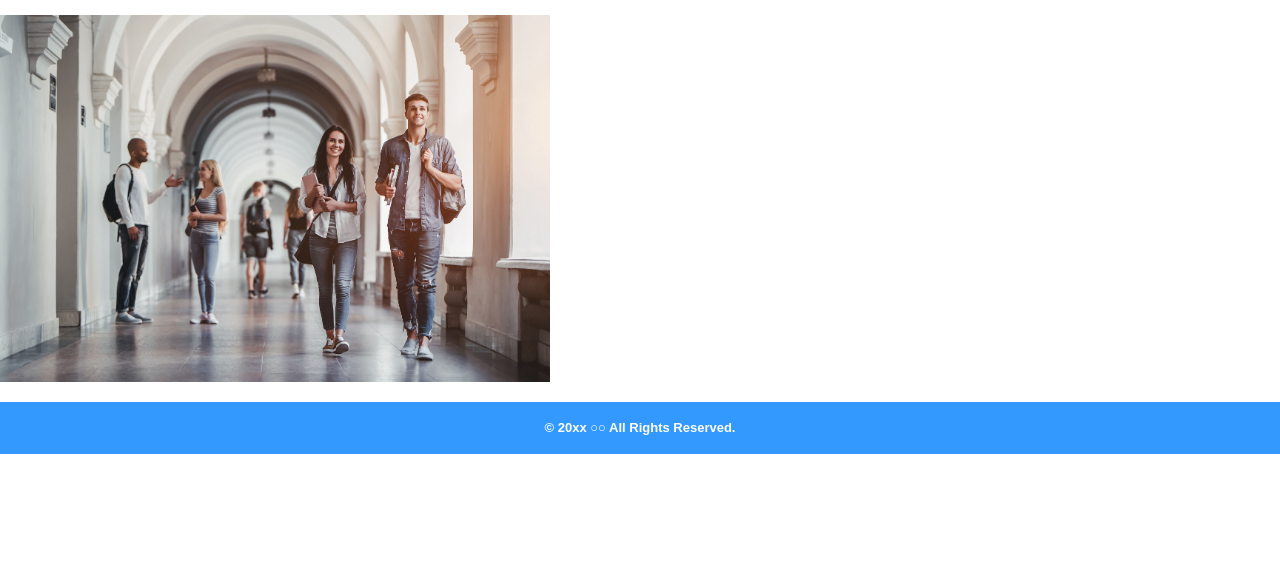
Repository: ondakoichi/samurai_HTML-CSS
Page: HTML/home.html
The author's editor kept a record of every edit. The page is drawn from the files as they stood at one moment, then again after the next edit.
The browser window is 1280 px wide. The pictures show the whole page.

Above is the page before.

After the next edit:
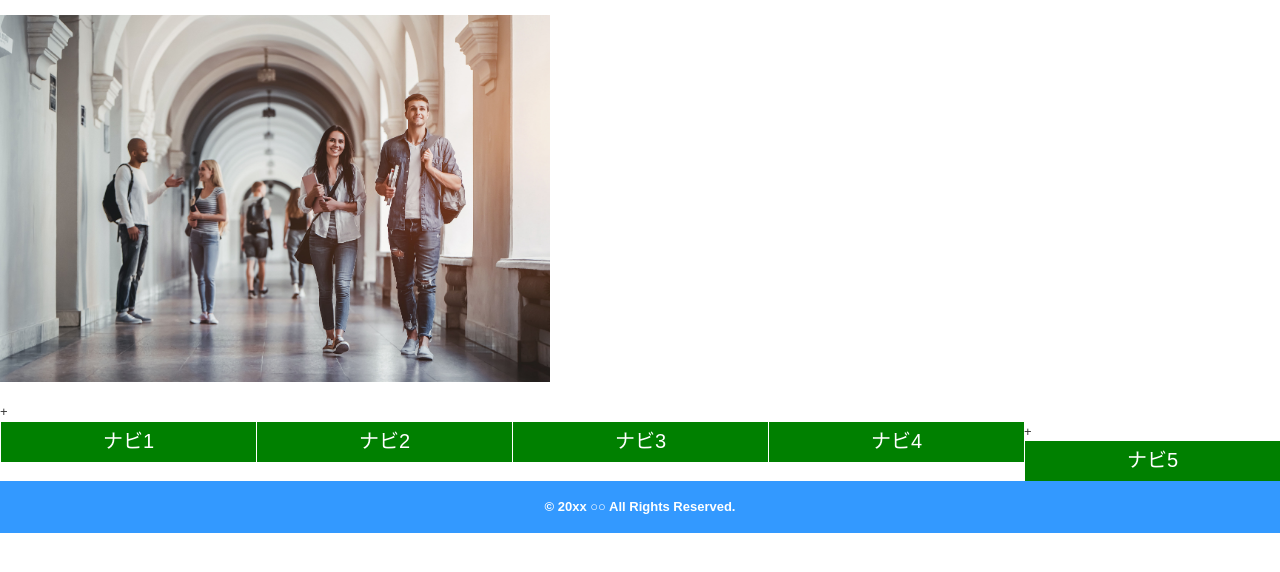
The edit:
--- a/HTML/home.html
+++ b/HTML/home.html
@@ -16,6 +16,15 @@
         </div>
         <div id="wrapper">
         </div>
+          <div id="nav">
++                <ul>
++                    <li><a href="home.html">ナビ1</a></li>
+                    <li><a href="#">ナビ2</a></li>
+                    <li><a href="#">ナビ3</a></li>
+                    <li><a href="#">ナビ4</a></li>
+                    <li><a href="#">ナビ5</a></li>
+                </ul>
+            </div>
         <div id="footer">
             <p>&copy; 20xx ○○ All Rights Reserved.</p>
         </div>
